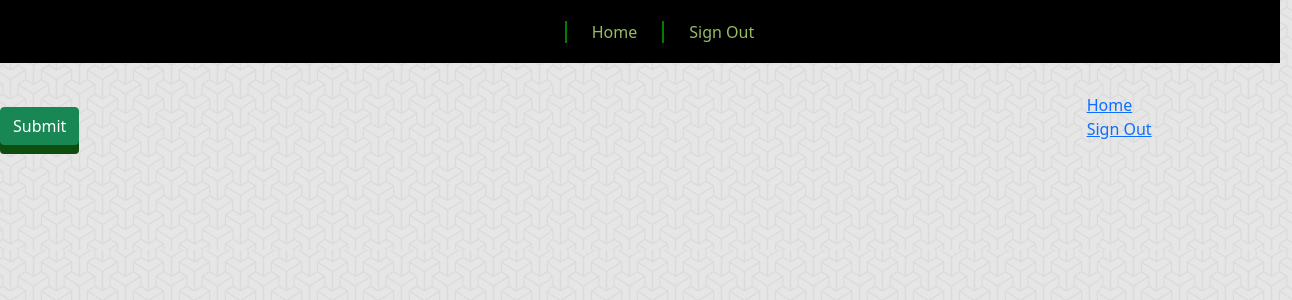
Repository: kavine24/CS490-Python-LMS
Page: html/portal/s/TakeQuiz.html
An editor plug-in stored every save of this project. The page is shown before and after the next save, followed by the edit.
The browser window is 1280 px wide. The page is 1292 px wide, so the pictures cover 1292 px, including what lies to the right of the window. The pictures show the whole page.
The page's requests for data from a server got no answer.

Above is the page before, as saved 2022-04-20 18:36:17.

After the next save:
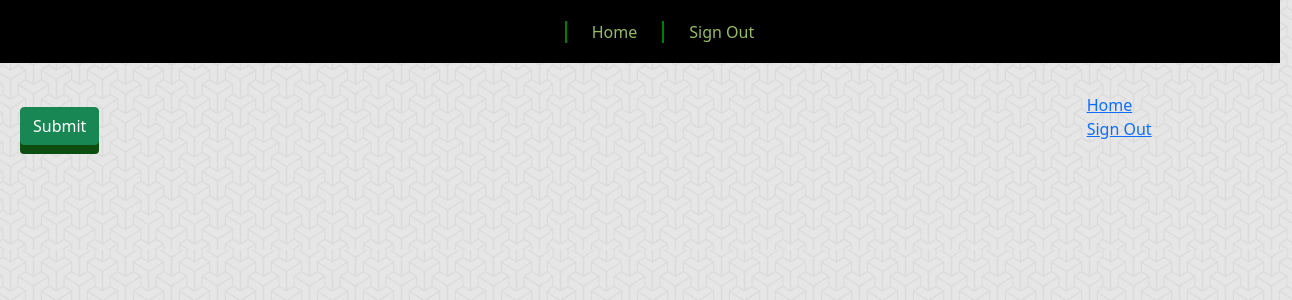
Saved 31 s later.
--- a/html/style.css
+++ b/html/style.css
@@ -54,7 +54,7 @@ body {
 }
 
 #submit {
-  margin: 20px 0px;
+  margin: 20px 20px;
 }
 
 #goBackHome {
